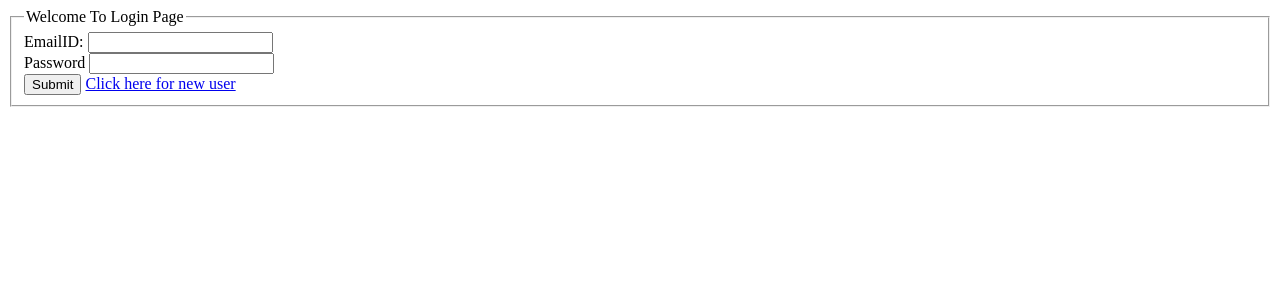
Repository: Tharungandhi/ServeltProject
Page: LginRegistrationApp/WebContent/login.html
An editor plug-in stored every save of this project. The page is shown before and after the next save, followed by the edit.
The browser window is 1280 px wide. The pictures show the whole page.

Above is the page before, as saved 2019-01-22 09:24:05.

### LginRegistrationApp/WebContent/login.html
<!DOCTYPE html>
<html>
<head>
<meta charset="UTF-8">
<title>Login Page</title>
</head>
<body>
<form action="login" method="post">

<fieldset>
<legend>Welcome To Login Page</legend>
<label>EmailID:</label>
<input type="text" name="emailid" value="" required/> </div>
<div>
<div>
<label>Password</label>
<input type="password" name="password" value="" required/>
</div>
<input type="submit" name="submit"/>
<a href=registration.html> Click here for new user </a>
</fieldset>
</form>
</body>
</html>

After the next save:
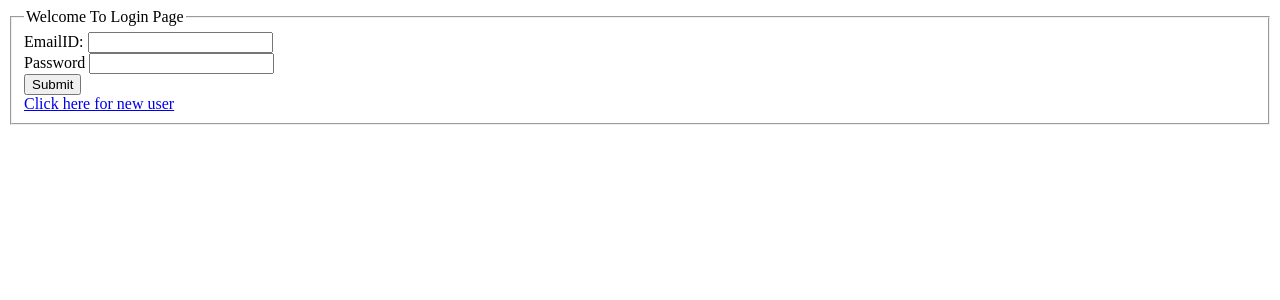
Saved 8 min 13 s later.
--- a/LginRegistrationApp/WebContent/login.html
+++ b/LginRegistrationApp/WebContent/login.html
@@ -17,7 +17,8 @@
 <input type="password" name="password" value="" required/>
 </div>
 <input type="submit" name="submit"/>
-<a href=registration.html> Click here for new user </a>
+<div>
+<a href=registration.html> Click here for new user </a> </div>
 </fieldset>
 </form>
 </body>
